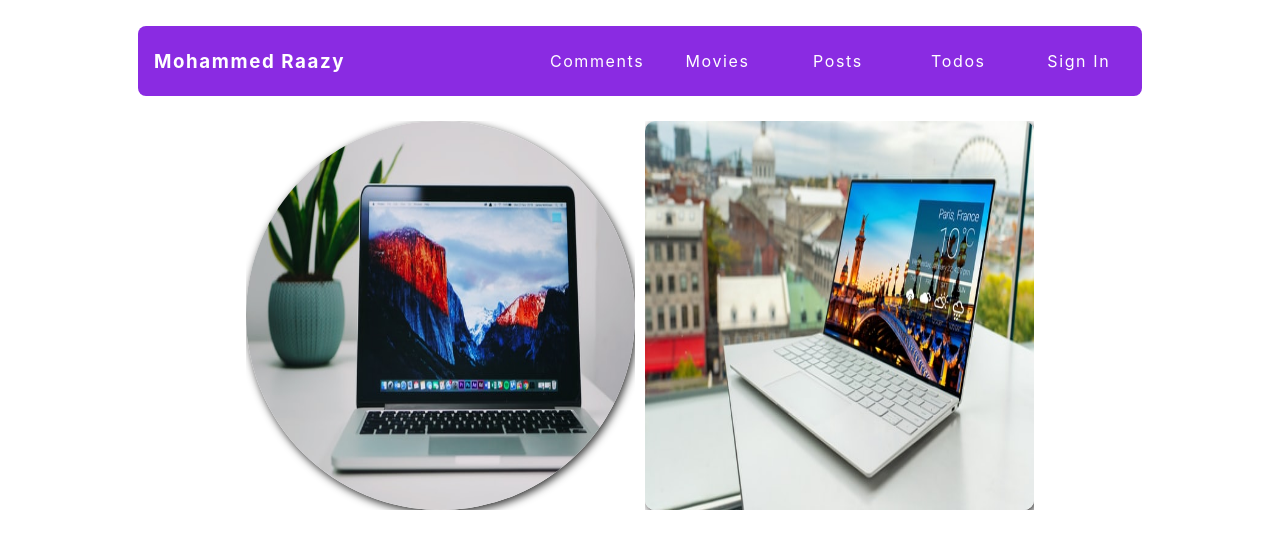
Repository: raazymuhd1/learn-nextjs
Page: /sass
The author's editor kept a copy of each file at every save. The page is drawn from the files as they stood at one save, then again after the next save.
The browser window is 1280 px wide. The pictures show the whole page.
The page's requests for data from a server got no answer. The project was rebuilt for these pictures with package versions that can differ from the ones it lists, and the page was loaded fresh each time. The framework's server and built-in components were replaced by stand-ins that run in the browser. No one was signed in, and anything a server would have sent is missing.

Above is the page before, as saved 2021-09-04 19:50:58.

### pages/_app.js
import Layout from '../components/Layout'
import '../styles/globals.css'
import { createStore } from "redux"
import { Provider } from "react-redux"

import Themes from "../globalStyle/theme"

import  allReducers from "../reducers"

const store = createStore(allReducers)

function MyApp({ Component, pageProps }) {
  return (
    <Provider store={store}>
          <Themes>
             <Layout>
                <Component {...pageProps} />
            </Layout>
          </Themes>
    </Provider>
  )

}

export default MyApp

### pages/sass/index.js
import React from 'react'
import styles from "../../styles/sass.module.scss"
import Image from "next/image"
import { lp1, lp2} from "../../public"

const Sass = () => {
    return (
        <div className={styles.container}>
             <Image className={styles.square} src={lp1} width={400} height={400} placeholder="blur" />
             <Image className={styles.circle}  src={lp2} width={400} height={400} placeholder="blur" />
        </div>
    )
}

export default Sass

### components/Layout/index.js
import React, { useEffect } from 'react'
import Head from 'next/head'
import { Container, Main } from '../global'
import Navbar from '../Navbar'

const Layout = ({ children }) => {

    return (
        <Container>
            <Navbar />
            <Head>
                <meta name="description" content="nextjs app" />
                <title> Big Next Project </title>
            </Head>

            <Main>
                { children }
            </Main>
        </Container>
    )
}

export default Layout

### globalStyle/theme.js
import { ThemeProvider } from "styled-components"

import theme from "./defualtThemes"

const Theme = ({ children }) => {
    return (
        <ThemeProvider theme={theme}>
             { children }
        </ThemeProvider>
    )
}

export default Theme

### reducers/index.js
import { combineReducers } from "redux"
import { movies } from './movies'

const allReducers =  combineReducers({
       movies,
})

export default allReducers;

### styles/sass.module.scss
@mixin images($circle: false) {
    border-radius: 10px;
    box-shadow: 2px 3px 8px #333 ;

    @if $circle {
        border-radius: 50%;
    }
}

.container {
    width: 80%;
    margin: 20px auto;
    display: grid;
    grid-template-columns: repeat(2, 1fr);
    gap: 10px;

    .square {
        @include images($circle: true)
    }

    .circle {
        @include images($circle: false)
    }
}

### public/index.js
import lp1 from "./laptop1.jpg"
import lp2 from "./laptop2.jpg"
import wp1 from "./workspace6.jpg"
import wp2 from "./workspace setup.jpg"

export { lp1, lp2, wp1, wp2 }

### components/global/index.js
import styled from 'styled-components'

export const Container = styled.div`
    padding: 10px;
    width: 80%;
    margin: 1rem auto;
`
export const Main = styled.main`
    padding: 5px 10px;
`

### components/Navbar/index.js
import { LI, Nav, UL, HeadingThree } from "./styles";
import Link from "next/link"
import { useSession, signIn, signOut } from "next-auth/client"

const Navbar = () => {
     const [session, loading] = useSession()

    return (
        <Nav>
             <HeadingThree> Mohammed Raazy </HeadingThree>
             <UL>
                 <Link href="/comment">
                     <LI> Comments </LI>
                 </Link>
                 <Link href="/movies">
                     <LI> Movies </LI>
                 </Link>
                 <Link href="/posts">
                     <LI> Posts </LI>
                 </Link>
                 <Link href="/todo">
                     <LI> Todos </LI>
                 </Link>
                 { !session &&
                        <LI onClick={() => signIn()}> Sign In </LI>
                  }
                  { session && !loading &&
                        <LI onClick={() => signOut() } > Sign Out </LI>
                  }
             </UL>
        </Nav>
    )
}

export default Navbar;

### globalStyle/defualtThemes.js
const themes = {
    colors: {
        bg: "blueviolet",
        fnColor: "#333"
    },

    breakpoints: {
        sm: "screen and (max-width: 640px)",
        md: "screen and (max-width: 768px)",
        lg: "screen and (max-width: 1024px)",
        xl: "screen and (max-width: 1280px)"
    }
}

export default themes;

### reducers/movies.js
const initialState = [
    { id: 1, name: "Avengers", price: "3k" },
]

export const movies =  (state = initialState, action) => {
     switch(action.type) {
         case "addMovie":
               return [ ...state, { name: action.name, price: action.price } ]
        default:
            return state
     }
}

### components/Navbar/styles.js
import styled from "styled-components"

export const Nav = styled.nav`
    padding: 5px 1rem;
    display: flex;
    align-items: center;
    justify-content: space-between;
    background:${({theme}) => theme.colors.bg } ;
    color: #fff;
    border-radius: 8px;
    letter-spacing: 0.1rem;

    @media ${({theme}) => theme.breakpoints.sm } {
         flex-direction: column;
         justify-content: center;
    }

`

export const HeadingThree = styled.h3`
    letter-spacing: 0.1rem;
`

export const UL = styled.div`
   display: grid;
   grid-template-columns: repeat(5, 1fr);
   justify-items: center;
   gap: 10px;
   cursor: pointer;

${'' /* small size */}
   @media ${({theme}) => theme.breakpoints.sm } {
       display: grid;
       grid-template-columns: repeat(3, 1fr);
       justify-items: center;
   }

   ${'' /* medium size */}
   @media ${({theme}) => theme.breakpoints.md} {
       margin-left: 1rem;
       grid-template-columns: repeat(3, 1fr);
   }
`

export const LI = styled.li`
    list-style: none;
    margin-left: 1rem;
`

Loaded but not shown: pages/_document.js (common file); styles/globals.css (common file)

After the next save:
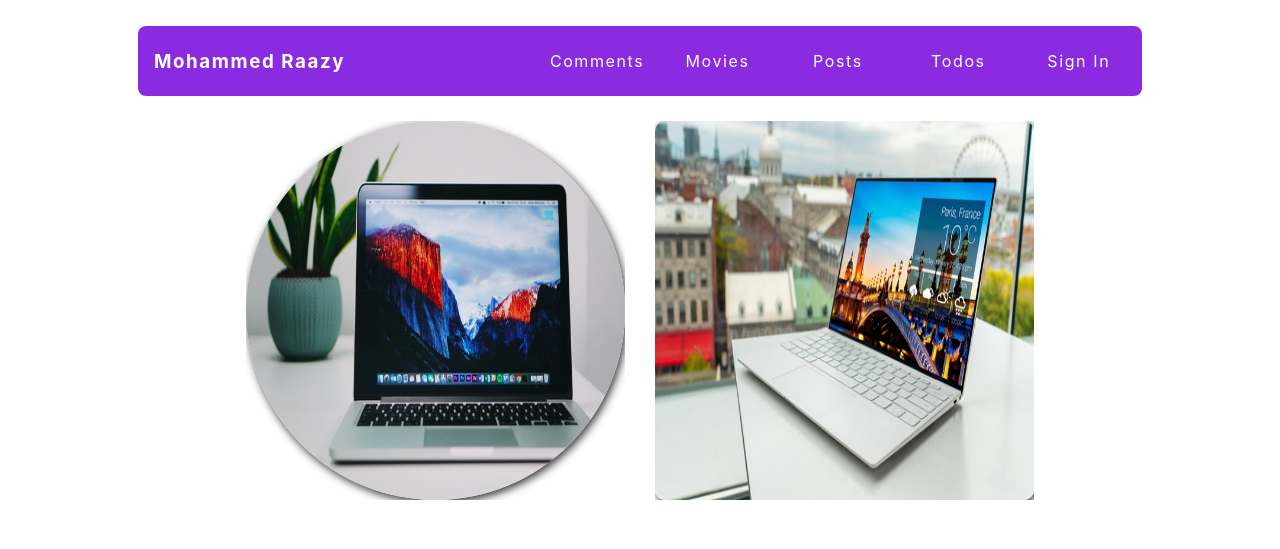
Saved 18 s later.
--- a/styles/sass.module.scss
+++ b/styles/sass.module.scss
@@ -12,7 +12,7 @@
     margin: 20px auto;
     display: grid;
     grid-template-columns: repeat(2, 1fr);
-    gap: 10px;
+    gap: 30px;
 
     .square {
         @include images($circle: true)
